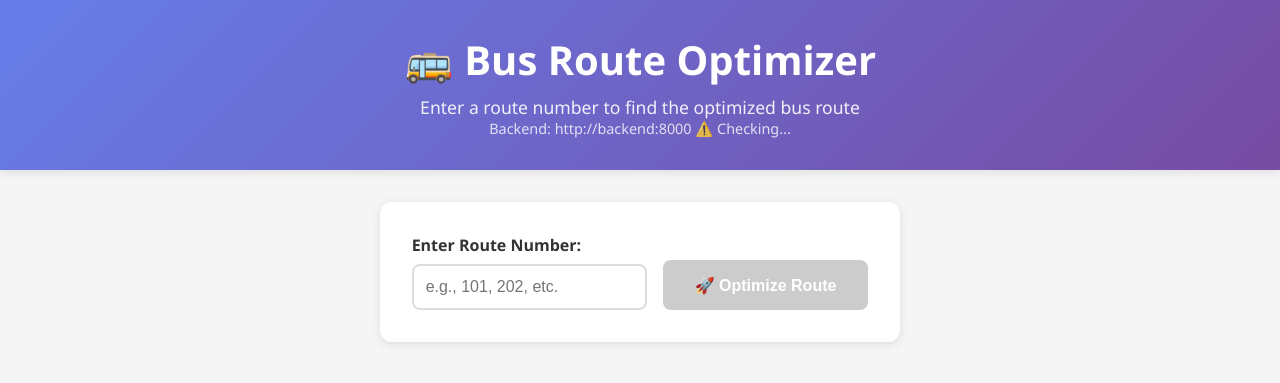
Repository: Stellar61/BRO
Page: / (app in frontend/)
The author's editor kept a copy of each file at every save. The page is drawn from the files as they stood at one save, then again after the next save.
The browser window is 1280 px wide. The pictures show the whole page.
The page's requests for data from a server got no answer. The project was rebuilt for these pictures with package versions that can differ from the ones it lists, and the page was loaded fresh each time. No one was signed in, and anything a server would have sent is missing. Also part of the build but not shown: frontend/src/components/RouteMap.js, frontend/src/components/RouteList.css, frontend/src/components/RouteList.js.

Above is the page before, as saved 2025-10-28 19:13:29.

After the next save:
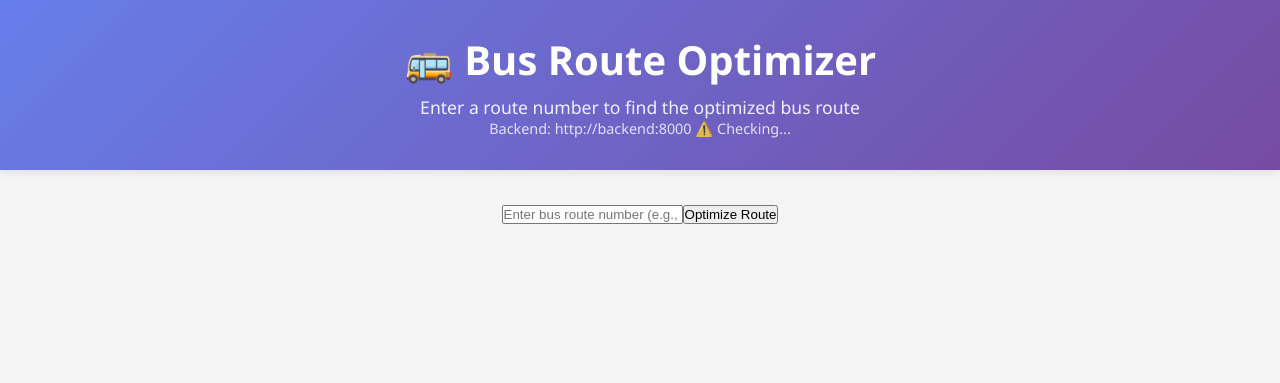
Saved 20 s later.
--- a/frontend/src/components/RouteInput.js
+++ b/frontend/src/components/RouteInput.js
@@ -1,40 +1,68 @@
+// import React, { useState } from "react";
+// import "./RouteInput.css";
+
+// const RouteInput = ({ onOptimize, loading }) => {
+//   const [routeNo, setRouteNo] = useState("");
+
+//   const handleSubmit = (e) => {
+//     e.preventDefault();
+//     if (routeNo.trim()) {
+//       onOptimize(routeNo.trim());
+//     }
+//   };
+
+//   return (
+//     <div className="route-input-container">
+//       <form onSubmit={handleSubmit} className="route-input-form">
+//         <div className="input-group">
+//           <label htmlFor="routeNo">Enter Route Number:</label>
+//           <input
+//             type="text"
+//             id="routeNo"
+//             value={routeNo}
+//             onChange={(e) => setRouteNo(e.target.value)}
+//             placeholder="e.g., 101, 202, etc."
+//             disabled={loading}
+//           />
+//         </div>
+//         <button
+//           type="submit"
+//           disabled={!routeNo.trim() || loading}
+//           className="optimize-btn"
+//         >
+//           {loading ? "🔄 Optimizing..." : "🚀 Optimize Route"}
+//         </button>
+//       </form>
+//     </div>
+//   );
+// };
+
+// export default RouteInput;
+
 import React, { useState } from "react";
 import "./RouteInput.css";
 
-const RouteInput = ({ onOptimize, loading }) => {
-  const [routeNo, setRouteNo] = useState("");
+function RouteInput({ onOptimize }) {
+  const [busNumber, setBusNumber] = useState("");
 
   const handleSubmit = (e) => {
     e.preventDefault();
-    if (routeNo.trim()) {
-      onOptimize(routeNo.trim());
+    if (busNumber.trim()) {
+      onOptimize(busNumber.trim());
     }
   };
 
   return (
-    <div className="route-input-container">
-      <form onSubmit={handleSubmit} className="route-input-form">
-        <div className="input-group">
-          <label htmlFor="routeNo">Enter Route Number:</label>
-          <input
-            type="text"
-            id="routeNo"
-            value={routeNo}
-            onChange={(e) => setRouteNo(e.target.value)}
-            placeholder="e.g., 101, 202, etc."
-            disabled={loading}
-          />
-        </div>
-        <button
-          type="submit"
-          disabled={!routeNo.trim() || loading}
-          className="optimize-btn"
-        >
-          {loading ? "🔄 Optimizing..." : "🚀 Optimize Route"}
-        </button>
-      </form>
-    </div>
+    <form onSubmit={handleSubmit} className="route-input">
+      <input
+        type="text"
+        placeholder="Enter bus route number (e.g., 12A)"
+        value={busNumber}
+        onChange={(e) => setBusNumber(e.target.value)}
+      />
+      <button type="submit">Optimize Route</button>
+    </form>
   );
-};
+}
 
 export default RouteInput;
